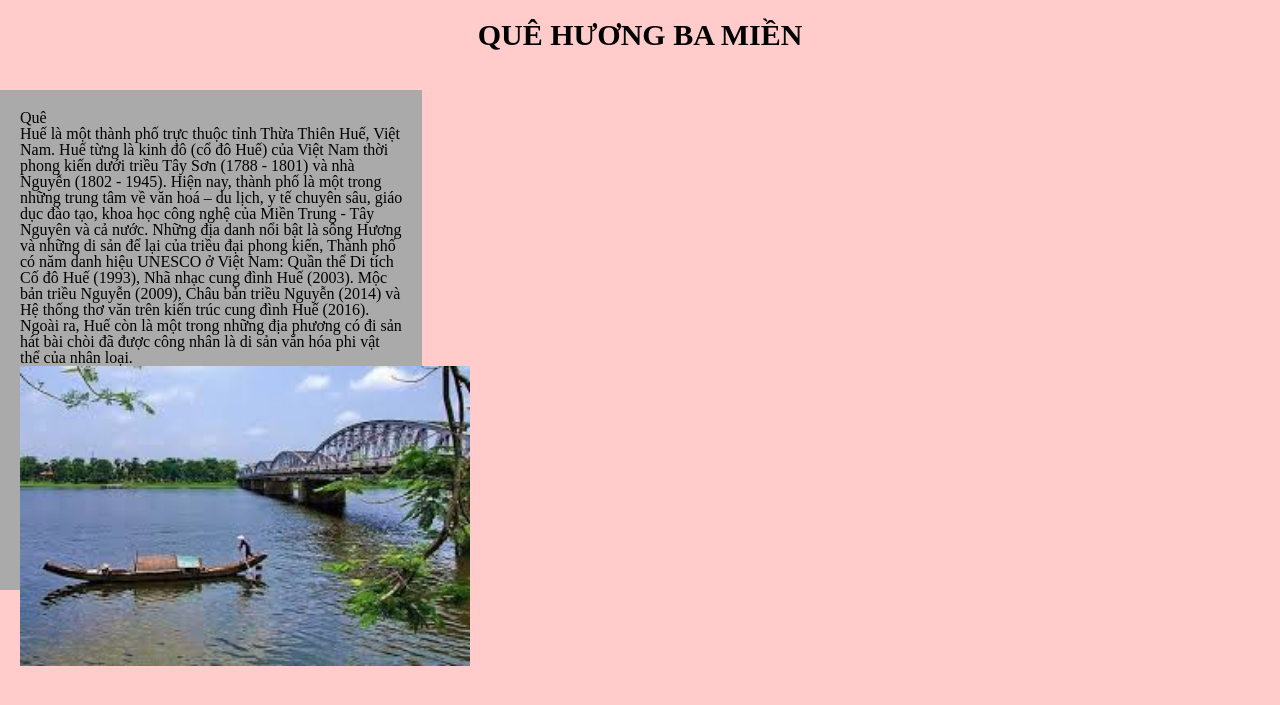
Repository: Tan-Khang21/TH_TKW--Buoi_06
Page: Bai_Tap_Tren_lop/Bai_02/LayoutCSS2.html
An editor plug-in stored every save of this project. The page is shown before and after a run of saves, followed by the edit.
The browser window is 1280 px wide. The pictures show the whole page.

Above is the page before, as saved 2024-03-11 20:22:37.

After the next 2 saves:
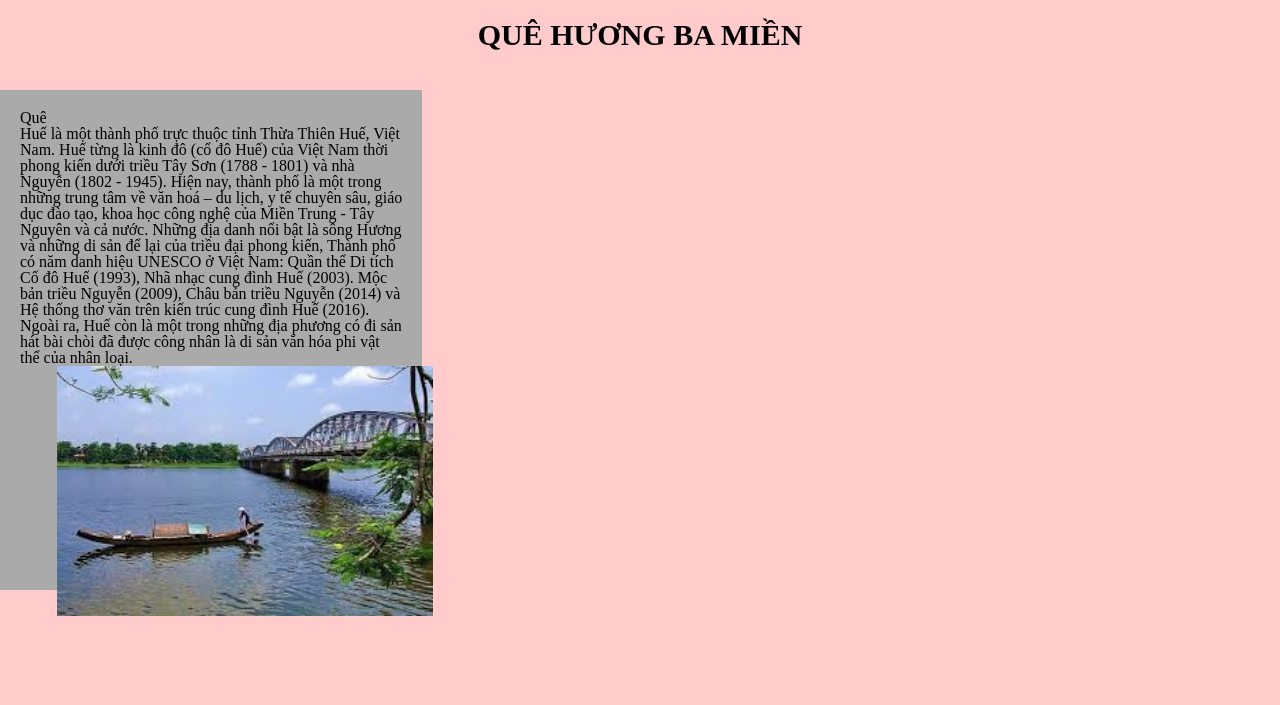
The 2 saves are shown as one change because they came seconds apart.
The last was saved 9 s later.
--- a/Bai_Tap_Tren_lop/Bai_02/style.css
+++ b/Bai_Tap_Tren_lop/Bai_02/style.css
@@ -20,7 +20,7 @@ body {
 }
 .images {
   width: 450px;
-  height: 300px;
+  height: 250px;
 }
 .images img {
   width: 100%;
